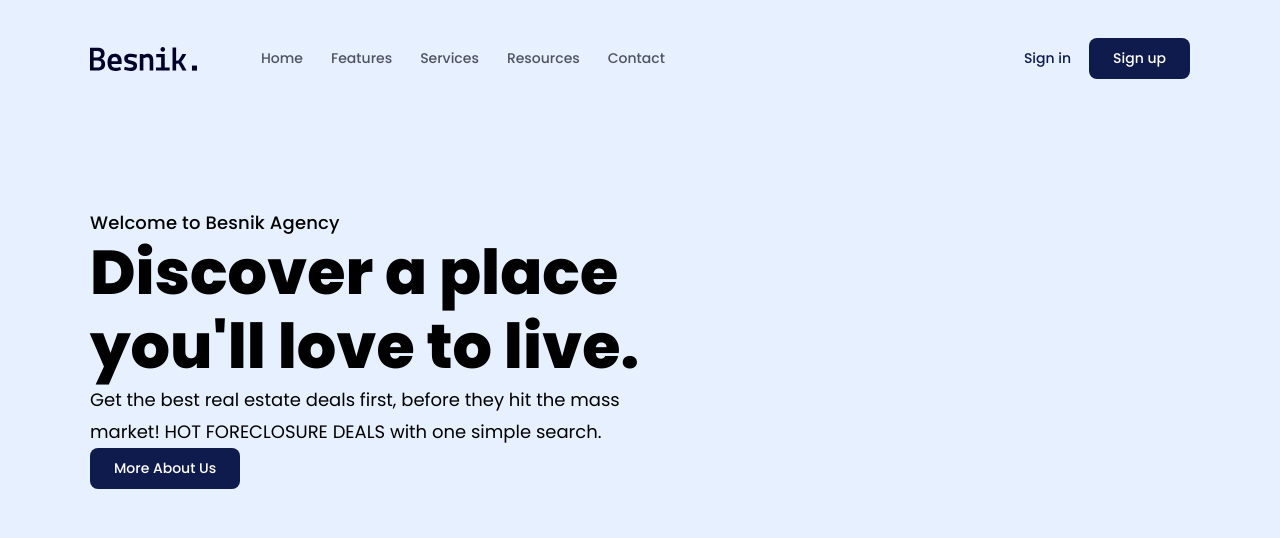
Repository: ducvui2003/f8-project-01
Page: index.html
These files come from the project's save history. The page is drawn as it stood at one moment and after the next save; the edit follows.
The browser window is 1280 px wide. The pictures show the whole page.

Above is the page before, as saved 2023-06-16 19:46:00.

### index.html
<!DOCTYPE html>
<html lang="en">

<head>
    <meta charset="UTF-8">
    <meta name="viewport" content="width=device-width, initial-scale=1.0">
    <title>f8-procject-01</title>

    <link rel="stylesheet" href="./asset/css/reset.css">
    <link rel="stylesheet" href="./asset/font/stylesheet.css">
    <link rel="stylesheet" href="./asset/css/styles.css">
</head>

<body>
    <main>
        <!-- Header -->
        <header class="header">
            <div class="content">
                <!--  -->
                <nav class="nav">
                    <!-- Logo -->
                    <img src="./asset/img/logo.svg" alt="">

                    <!-- Navigation -->
                    <ul>
                        <li><a href="">Home</a></li>
                        <li><a href="">Features</a></li>
                        <li><a href="">Services</a></li>
                        <li><a href="">Resources</a></li>
                        <li><a href="">Contact</a></li>
                    </ul>

                    <!-- Action -->
                    <div class="actions">
                        <a href="#!" class="action-link">Sign in</a>
                        <a href="#!" class="btn action-btn">Sign up</a>
                    </div>
                </nav>
                <div class="hero">
                    <div class="info">
                        <p class="sub-title">Welcome to Besnik Agency</p>
                        <h1 class="title">Discover a place
                            you'll love to live.</h1>
                        <p class="desc">Get the best real estate deals first,
                            before they hit the mass market! HOT FORECLOSURE DEALS with one simple
                            search.</p>
                        <a href="#!" class="btn">More About Us</a>
                    </div>
                </div>
            </div>
        </header>

    </main>
</body>

</main>

</html>

### asset/font/stylesheet.css
/* =======Poppins font=========== */
@font-face {
  font-family: "Poppins";
  src: url("Poppins/Poppins-Black.woff2") format("woff2"),
    url("Poppins/Poppins-Black.woff") format("woff");
  font-weight: 900;
  font-style: normal;
  font-display: swap;
}

@font-face {
  font-family: "Poppins";
  src: url("Poppins/Poppins-BlackItalic.woff2") format("woff2"),
    url("Poppins/Poppins-BlackItalic.woff") format("woff");
  font-weight: 900;
  font-style: italic;
  font-display: swap;
}

@font-face {
  font-family: "Poppins";
  src: url("Poppins/Poppins-Bold.woff2") format("woff2"),
    url("Poppins/Poppins-Bold.woff") format("woff");
  font-weight: bold;
  font-style: normal;
  font-display: swap;
}

@font-face {
  font-family: "Poppins";
  src: url("Poppins/Poppins-BoldItalic.woff2") format("woff2"),
    url("Poppins/Poppins-BoldItalic.woff") format("woff");
  font-weight: bold;
  font-style: italic;
  font-display: swap;
}

@font-face {
  font-family: "Poppins";
  src: url("Poppins/Poppins-ExtraBold.woff2") format("woff2"),
    url("Poppins/Poppins-ExtraBold.woff") format("woff");
  font-weight: bold;
  font-style: normal;
  font-display: swap;
}

@font-face {
  font-family: "Poppins";
  src: url("Poppins/Poppins-ExtraBoldItalic.woff2") format("woff2"),
    url("Poppins/Poppins-ExtraBoldItalic.woff") format("woff");
  font-weight: bold;
  font-style: italic;
  font-display: swap;
}

@font-face {
  font-family: "Poppins";
  src: url("Poppins/Poppins-ExtraLight.woff2") format("woff2"),
    url("Poppins/Poppins-ExtraLight.woff") format("woff");
  font-weight: 200;
  font-style: normal;
  font-display: swap;
}

@font-face {
  font-family: "Poppins";
  src: url("Poppins/Poppins-ExtraLightItalic.woff2") format("woff2"),
    url("Poppins/Poppins-ExtraLightItalic.woff") format("woff");
  font-weight: 200;
  font-style: italic;
  font-display: swap;
}

@font-face {
  font-family: "Poppins";
  src: url("Poppins/Poppins-Italic.woff2") format("woff2"),
    url("Poppins/Poppins-Italic.woff") format("woff");
  font-weight: normal;
  font-style: italic;
  font-display: swap;
}

@font-face {
  font-family: "Poppins";
  src: url("Poppins/Poppins-Light.woff2") format("woff2"),
    url("Poppins/Poppins-Light.woff") format("woff");
  font-weight: 300;
  font-style: normal;
  font-display: swap;
}

@font-face {
  font-family: "Poppins";
  src: url("Poppins/Poppins-LightItalic.woff2") format("woff2"),
    url("Poppins/Poppins-LightItalic.woff") format("woff");
  font-weight: 300;
  font-style: italic;
  font-display: swap;
}

@font-face {
  font-family: "Poppins";
  src: url("Poppins/Poppins-Medium.woff2") format("woff2"),
    url("Poppins/Poppins-Medium.woff") format("woff");
  font-weight: 500;
  font-style: normal;
  font-display: swap;
}

@font-face {
  font-family: "Poppins";
  src: url("Poppins/Poppins-MediumItalic.woff2") format("woff2"),
    url("Poppins/Poppins-MediumItalic.woff") format("woff");
  font-weight: 500;
  font-style: italic;
  font-display: swap;
}

@font-face {
  font-family: "Poppins";
  src: url("Poppins/Poppins-SemiBold.woff2") format("woff2"),
    url("Poppins/Poppins-SemiBold.woff") format("woff");
  font-weight: 600;
  font-style: normal;
  font-display: swap;
}

@font-face {
  font-family: "Poppins";
  src: url("Poppins/Poppins-Regular.woff2") format("woff2"),
    url("Poppins/Poppins-Regular.woff") format("woff");
  font-weight: normal;
  font-style: normal;
  font-display: swap;
}

@font-face {
  font-family: "Poppins";
  src: url("Poppins/Poppins-SemiBoldItalic.woff2") format("woff2"),
    url("Poppins/Poppins-SemiBoldItalic.woff") format("woff");
  font-weight: 600;
  font-style: italic;
  font-display: swap;
}

@font-face {
  font-family: "Poppins";
  src: url("Poppins/Poppins-Thin.woff2") format("woff2"),
    url("Poppins/Poppins-Thin.woff") format("woff");
  font-weight: 100;
  font-style: normal;
  font-display: swap;
}

@font-face {
  font-family: "Poppins";
  src: url("Poppins/Poppins-ThinItalic.woff2") format("woff2"),
    url("Poppins/Poppins-ThinItalic.woff") format("woff");
  font-weight: 100;
  font-style: italic;
  font-display: swap;
}

### asset/css/styles.css
* {
  box-sizing: border-box;
}
html {
  font-size: 62.5%;
}
body {
  font-size: 1.6rem;
  font-family: "Poppins";
}
:root {
  --primary-color: #0f1b4c;
}
/* Common */
a {
  text-decoration: none;
}
.content {
  width: 1100px;
  max-width: calc(100% - 48px);
  margin-left: auto;
  margin-right: auto;
}

.btn {
  min-width: 98px;
  background-color: var(--primary-color);
  border-radius: 0.8rem;
  padding: 10px 24px;
  color: white;
  font-style: normal;
  font-weight: 500;
  font-size: 1.4rem;
  line-height: 2.1rem;
  display: inline-block;
}
.btn:hover {
  opacity: 0.9;
}
/* Header */
.header {
  height: 100vh;
  background-color: #e6f0ff;
}

.header .nav {
  display: flex;
  align-items: center;
  padding-top: 38px;
}
.header .nav ul {
  margin-left: 50px;
  margin-right: auto;

  display: flex;
  justify-content: space-between;
}

.header .nav ul a {
  color: #4f5361;
  padding: 8px 14px;
  /* Padding in tag inline block  */
}
.header .nav ul a:hover {
  text-decoration: underline;
}
.header .nav a {
  font-weight: 500;
  font-size: 1.4rem;
  line-height: 2.1rem;
}
.header .nav .actions {
  display: flex;
  justify-content: center;
  align-items: center;
  gap: 1.8rem;
}
.header .nav .action-link {
  color: var(--primary-color);
}
.hero {
  margin-top: 130px;
}
.hero .info {
  width: 51%;
}
.hero .sub-title {
  font-style: normal;
  font-weight: 500;
  font-size: 1.8rem;
  line-height: 1.5;
  letter-spacing: 0.01em;
}

.hero .title {
  font-style: normal;
  font-weight: 700;
  font-size: 6.2rem;
  line-height: 1.19;
}
.hero .desc {
  font-style: normal;
  font-weight: 400;
  font-size: 1.8rem;
  line-height: 1.78;
}

Loaded but not shown: asset/css/reset.css (common file)

After the next save:
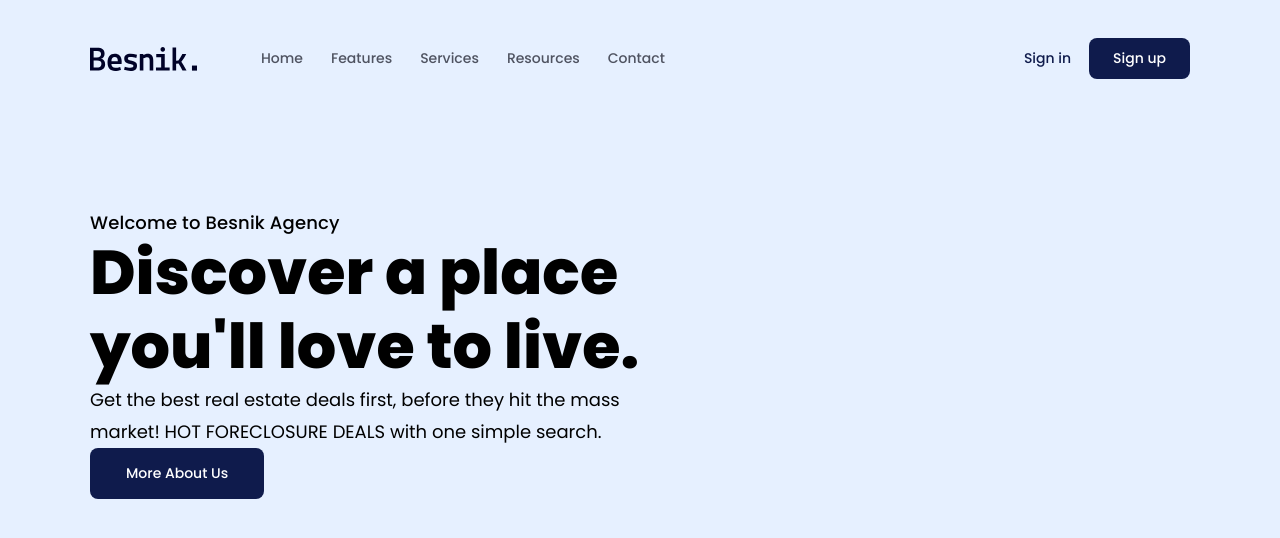
Saved 67 s later.
--- a/asset/css/styles.css
+++ b/asset/css/styles.css
@@ -104,3 +104,6 @@
   font-size: 1.8rem;
   line-height: 1.78;
 }
+.hero .btn {
+  padding: 15px 36px;
+}
